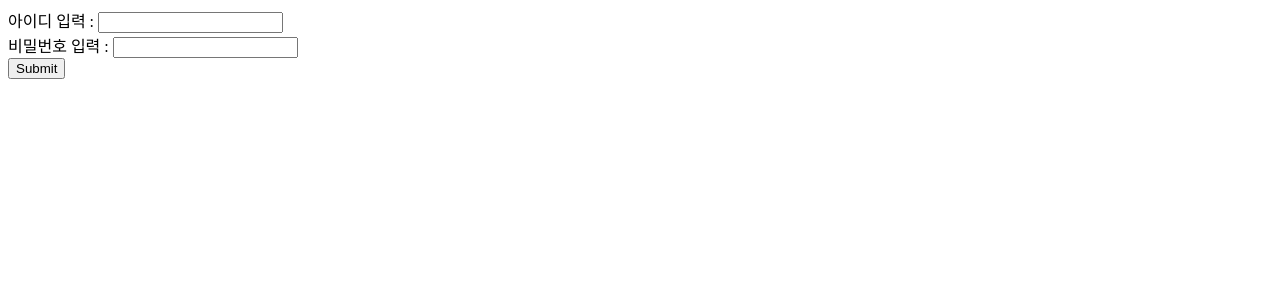
Repository: djdh94/JSP
Page: http://localhost/JSPBasic/JspObject/1.requests/req_login_form.jsp
The author's editor kept a copy of each file at every save. The page is drawn from the files as they stood at one save, then again after the next save.
The browser window is 1280 px wide. The pictures show the whole page.
The page is served by Tomcat 9.

Above is the page before, as saved 2022-12-16 13:47:24.

After the next save:
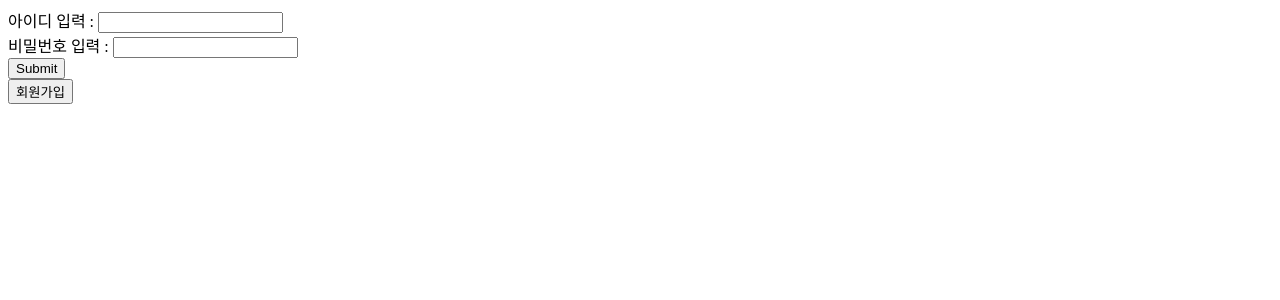
Saved 98 s later.
--- a/JSPBasic/src/main/webapp/JspObject/1.requests/req_login_form.jsp
+++ b/JSPBasic/src/main/webapp/JspObject/1.requests/req_login_form.jsp
@@ -12,5 +12,6 @@
 		비밀번호 입력 : <input type="password" name="pw"/><br/>
 					<input type="submit"/>
 	</form>
+	<a href="req_join_form.jsp"><button>회원가입</button> </a>
 </body>
 </html>
